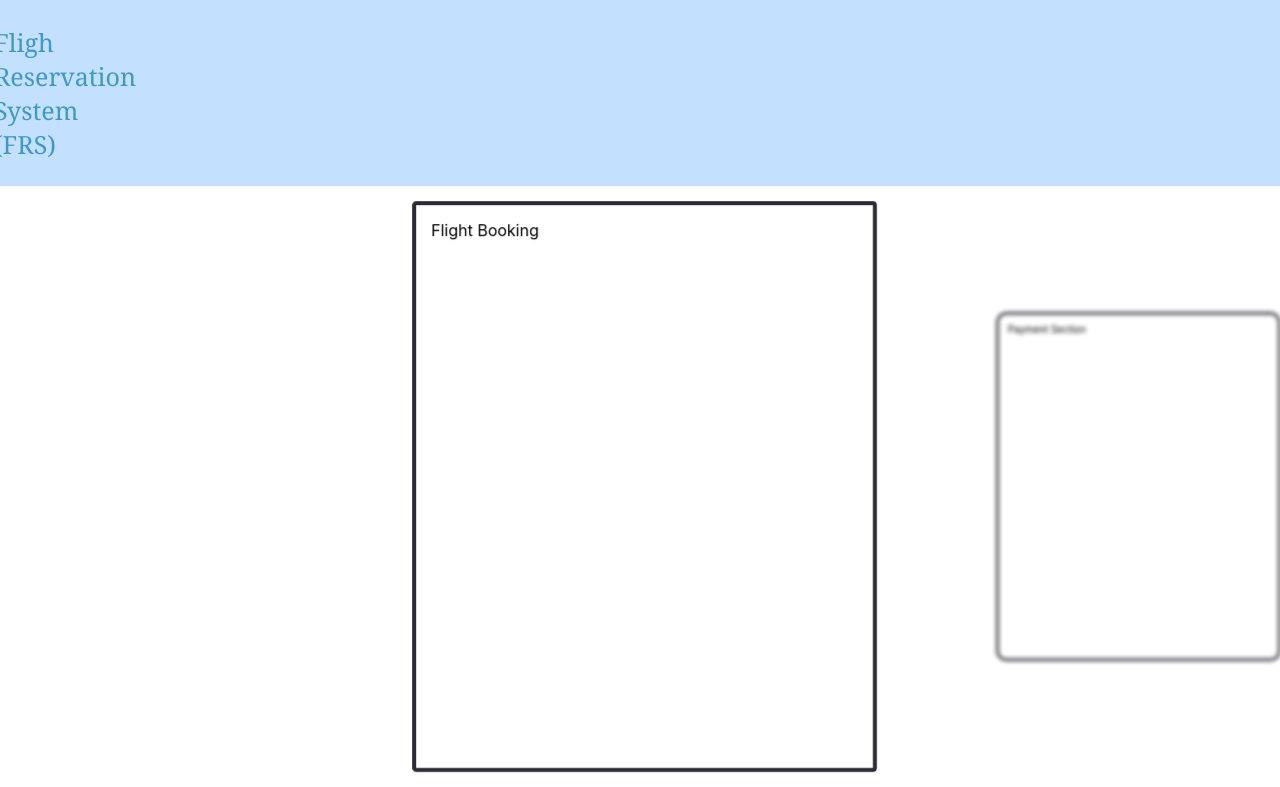
Repository: stephen-anaba/flight-reservation-system-prototype
Page: / (app in frontend/)
These files come from the project's save history. The page is drawn as it stood at one moment and after the next save; the edit follows.
The browser window is 1280 px wide. The pictures show the whole page.
The project was rebuilt for these pictures with package versions that can differ from the ones it lists, and the page was loaded fresh each time.

Above is the page before, as saved 2026-05-08 12:07:35.

### frontend/src/App.tsx
"use clients";

import { useState } from 'react'
import MainPage from "./components/MainPage";

export default function App() {
  return (
    <MainPage />
  );
}

### frontend/src/components/MainPage.tsx
import './styles.css'


export default function MainPage() {
    return(
        <div>
            <div className='center-header'>
                <p className='header-text'> Fligh Reservation System (FRS)</p>
            </div>
            <div className='carousel'>
                <div className='carousel-slide-2'> </div>
                    <div className='carousel-slide'>
                        Flight Booking
                    </div>
                    <div className='carousel-slide'>
                        Payment Section
                    </div>
                    <div className='carousel-slide'>
                        Notifications
                    </div>
                    <div className='carousel-slide'>
                        Account Info
                    </div>
                <div className='carousel-slide-2'></div>
            </div>
        </div>
    )
}

### frontend/src/components/styles.css
body {
    overflow-x: hidden;
}

.center-header {
    display: flex;
    flex-direction: column;
    justify-content: center;
    align-items: center;
    font-family: Georgia, 'Times New Roman', Times, serif;
    font-size: 25px;
    top: 0px;
    width: 100%;
    margin: 0px;
    padding: 0px;
    background-color: rgb(196, 224, 255);
    color: rgb(65, 152, 192);
}

.header-text {
    margin-right: 1150px;
}

/* The carousel class is designed to create a horizontal scrolling container for the game cards */
/* Method of this code was slightly modified but came from article by CSS-Tricks */
/* source: https://css-tricks.com/creating-scroll-based-animations-in-full-view/ */
.carousel {
  display: flex;
  overflow-x: auto;
  width: max(100%, 50vw);

  scroll-snap-type: x mandatory;
  scroll-behavior: smooth;
  scrollbar-width: none;
  overflow-y: hidden;
}

.carousel-slide {
  flex-shrink: 0;
  width: calc(100% / 3);
  aspect-ratio: .8;
  margin: 15px;
  padding: 15px;

  border-radius: 4px;
  border: 4px solid #292b35;

  scroll-snap-align: center;
  animation: slide;
  animation-timeline: view(inline);
}



@keyframes slide {
  45%, 100% {
    transform: scale(0.5);
    border-radius: 20px;
    filter: blur(4px) brightness(.8);
  }

  50% {
    transform: scale(1);
    border-radius: 4px;
    filter: none;
  }
}

/* End of carousel code */

/* Reused carousel slide but utilized only for empty cards for displaying */
/* The far left game when loading the webpage */
.carousel-slide-2 {
  flex-shrink: 0;
  width: calc(100% / 3);
  aspect-ratio: .8;
  margin: -15px;
  padding: 0px;

  scroll-snap-align: center;
}

Loaded but not shown: frontend/public/index.html (common file); frontend/src/index.tsx (common file); frontend/src/index.css (common file); frontend/src/reportWebVitals.ts (common file)

After the next save:
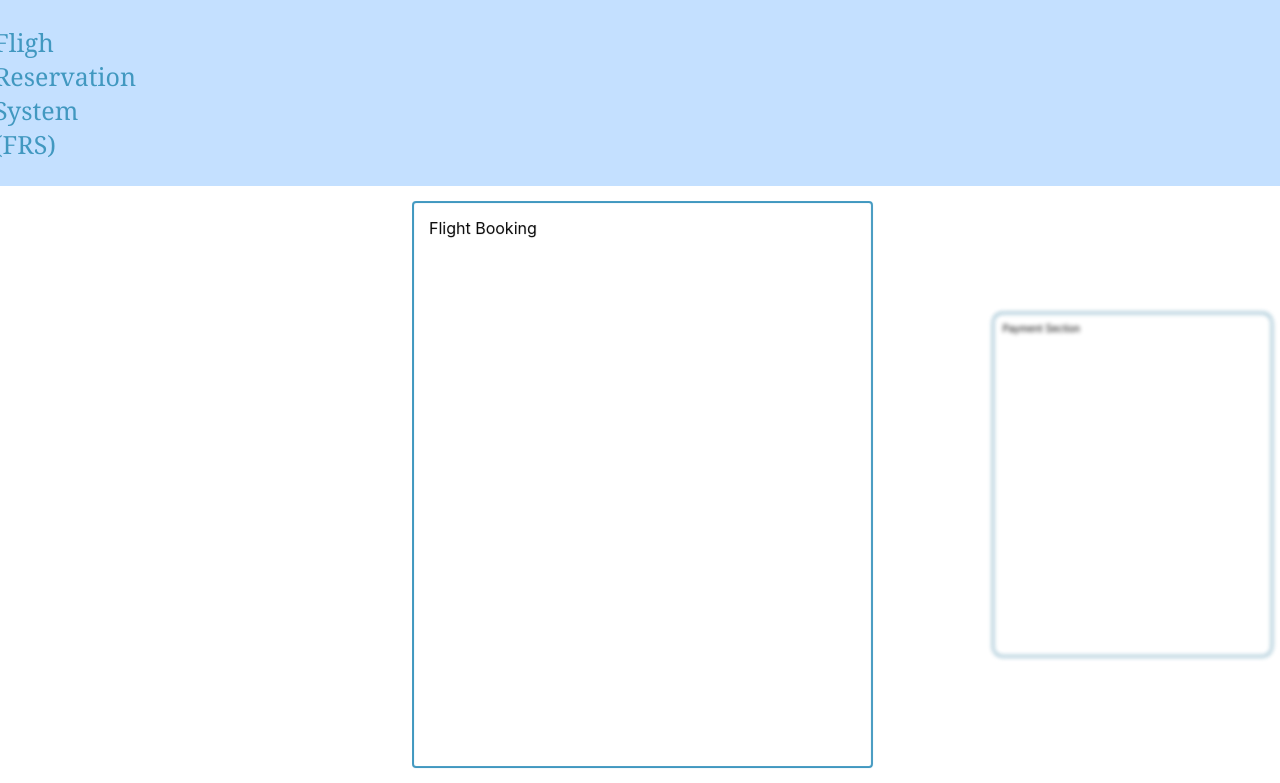
Saved 14 min 0 s later.
--- a/frontend/src/components/styles.css
+++ b/frontend/src/components/styles.css
@@ -42,8 +42,8 @@ body {
   margin: 15px;
   padding: 15px;
 
-  border-radius: 4px;
-  border: 4px solid #292b35;
+  border-radius: 6px;
+  border: 2px solid rgb(65, 152, 192);
 
   scroll-snap-align: center;
   animation: slide;
